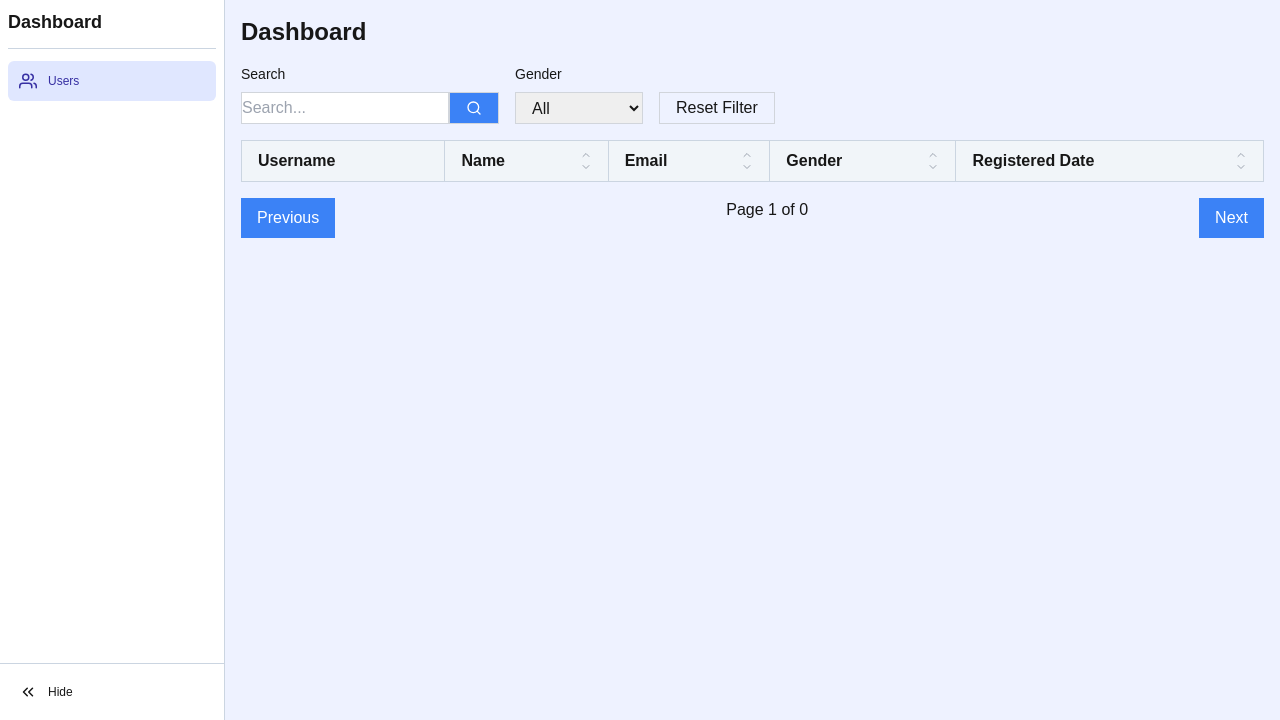
Repository: Ademaulana100499/userdashboard
Page: /
These files come from the project's save history. The page is drawn as it stood at one moment and after the next save; the edit follows.
The browser window is 1280 px wide. The pictures show the whole page.
The page's requests for data from a server got no answer. The project was rebuilt for these pictures with package versions that can differ from the ones it lists, and the page was loaded fresh each time. The framework's server and built-in components were replaced by stand-ins that run in the browser. No one was signed in, and anything a server would have sent is missing. Also part of the build but not shown: next.config.mjs.

Above is the page before, as saved 2025-02-14 22:17:10.

After the next save:
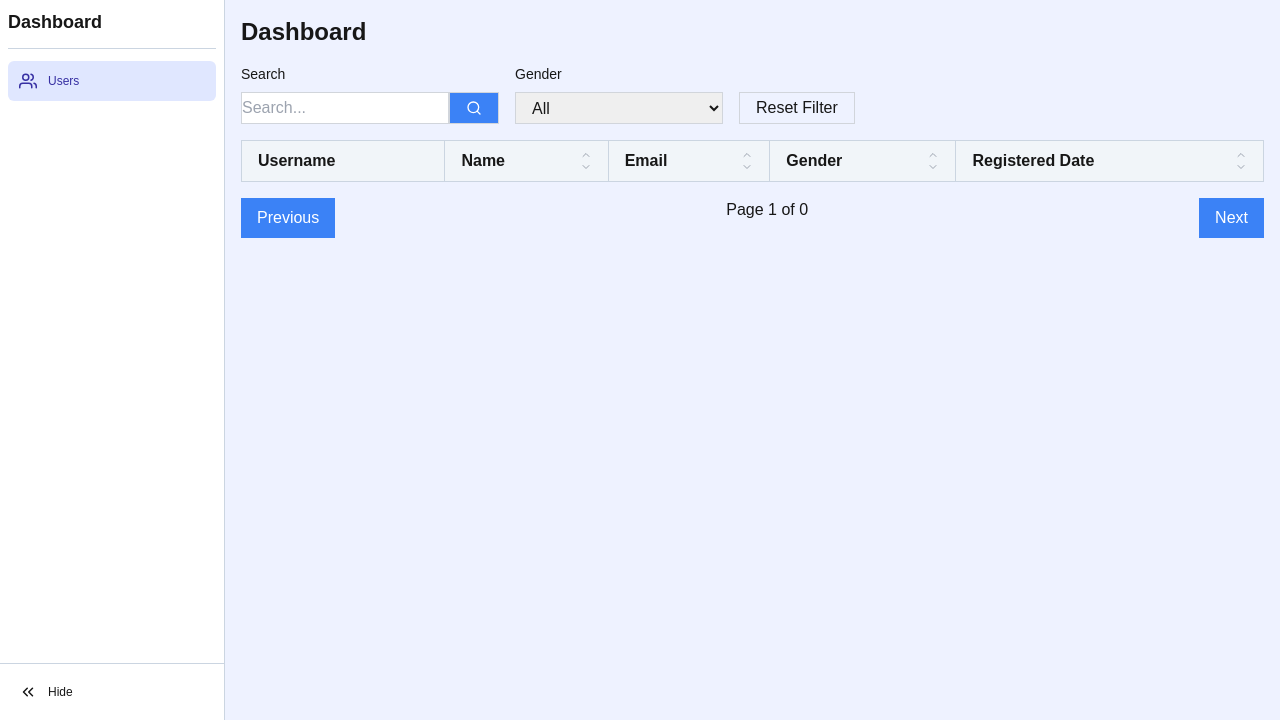
Saved 7 s later.
--- a/src/components/DashboardContent.jsx
+++ b/src/components/DashboardContent.jsx
@@ -134,7 +134,7 @@ const DashboardContent = () => {
             id="gender"
             value={selectedGender}
             onChange={(e) => handleGenderFilter(e.target.value)} // Update gender filter
-            className="w-32 border border-gray-300 px-3 h-8 text-left">
+            className="w-52 border border-gray-300 px-3 h-8 text-left">
             <option value="all">All</option>
             <option value="male">Male</option>
             <option value="female">Female</option>
